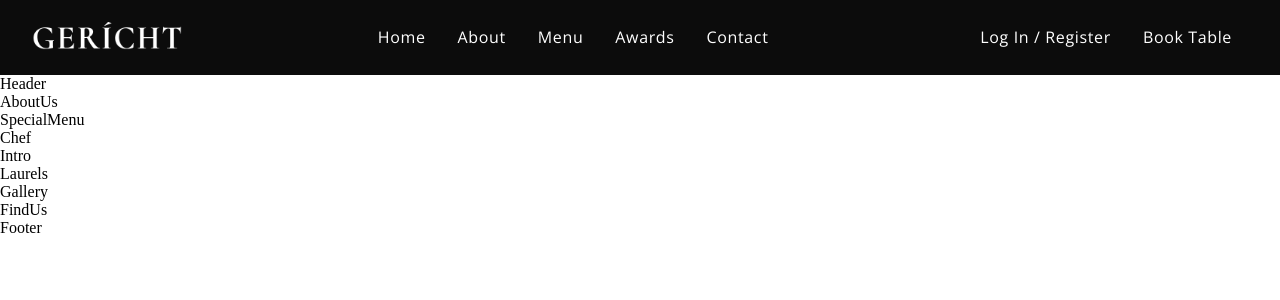
Repository: Isanderr/react-restaurant-page
Page: /
The author's editor kept a copy of each file at every save. The page is drawn from the files as they stood at one save, then again after the next save.
The browser window is 1280 px wide. The pictures show the whole page.
Some web fonts or font styles are not loaded; a fallback is used. The project was rebuilt for these pictures with package versions that can differ from the ones it lists, and the page was loaded fresh each time. Also part of the build but not shown: src/components/SubHeading/SubHeading.jsx, src/components/Footer/Newsletter.jsx, src/components/Footer/FooterOverlay.jsx, src/components/Menuitem/MenuItem.jsx.

Above is the page before, as saved 2022-05-21 15:33:27.

After the next save:
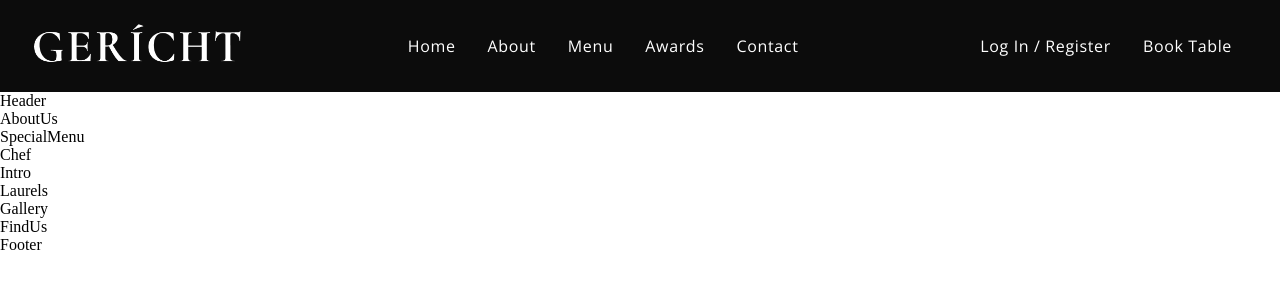
Saved 42 s later.
--- a/src/components/Navbar/Navbar.css
+++ b/src/components/Navbar/Navbar.css
@@ -99,7 +99,11 @@
     color: var(--color-white);
 }
 
-@media screen and (max-width: 2000px) {}
+@media screen and (max-width: 2000px) {
+    .app__navbar-logo img {
+        width: 210px;
+    }
+}
 @media screen and (max-width: 1150px) {
     .app__navbar-links {
         display: none;
